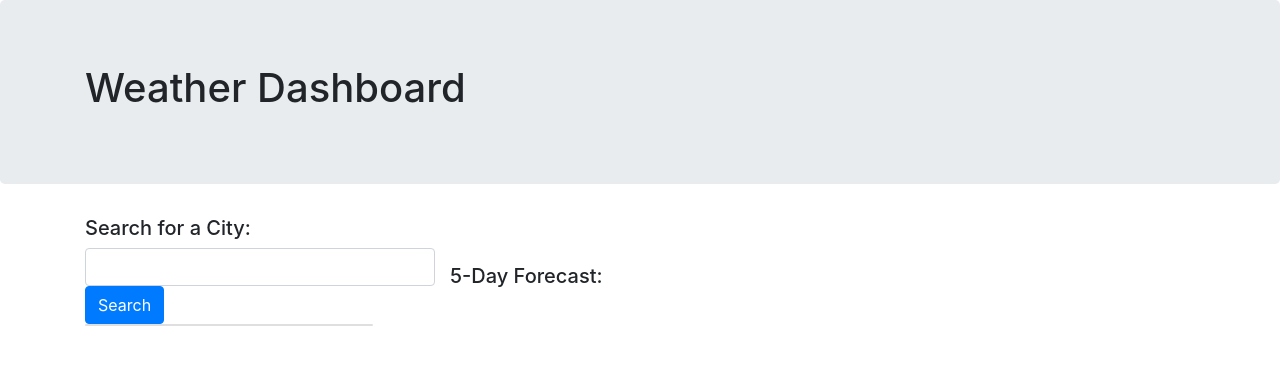
Repository: LaBrewT2/weather-dashboard
Page: index.html
The author's editor kept a copy of each file at every save. The page is drawn from the files as they stood at one save, then again after the next save.
The browser window is 1280 px wide. The pictures show the whole page.
Some web libraries are served in a nearby version.

Above is the page before, as saved 2020-11-26 19:44:19.

### index.html
<!DOCTYPE html>
<html lang="en">

<head>
  <meta charset="UTF-8">
  <meta name="viewport" content="width=device-width, initial-scale=1.0">
  <title>Weather Dashboard</title>

<!-- JQuery library -->
<script src="https://cdnjs.cloudflare.com/ajax/libs/jquery/3.2.1/jquery.min.js"></script>
<script src="https://cdnjs.cloudflare.com/ajax/libs/moment.js/2.24.0/moment.min.js"></script>
<!-- Bootstrap CSS-->
<link rel="stylesheet" href="https://maxcdn.bootstrapcdn.com/bootstrap/4.0.0/css/bootstrap.min.css">
</head>

<body>
<!--Page Header -->
<div class="jumbotron">
  <div class="container">
    <h1>Weather Dashboard </h1>
  </div>
</div>

<!-- Page main container with rows -->
<div id = "maincontainer"class="container">
  <div class="row">

  <div class="col-4" id = "searchBlock">

    <form id="search">
    <h5>Search for a City:</h5>
    <input type="text" class="form-control" id="city" aria-describedby="basic-addon3">
    <input class="btn btn-primary" id="search" type="submit" value="Search">

    <div id="list-group" class="card" style="width: 18rem;"></div>

    </form>

  </div>

  <div>

      <div id="search-results">
        <h5 id="city-name"class="city-name" ></h5>
        <img id="icon">
        <p id="temperature"></p>
        <p id="humidity"></p>
        <p id="wind-speed"></p>
      </div>

      <div id="forecast">
        <h5>5-Day Forecast:</h5>
        <div class="row">
          <section class="col daily" id="day1"></section>
          <section class="col daily" id="day2"></section>
          <section class="col daily" id="day3"></section>
          <section class="col daily" id="day4"></section>
          <section class="col daily" id="day5"></section>
        </div>
      </div>

      </div>
      </div>
      </div>
</body>
<script rel= stylesheet href= /script.js></script>
</html>

After the next save:
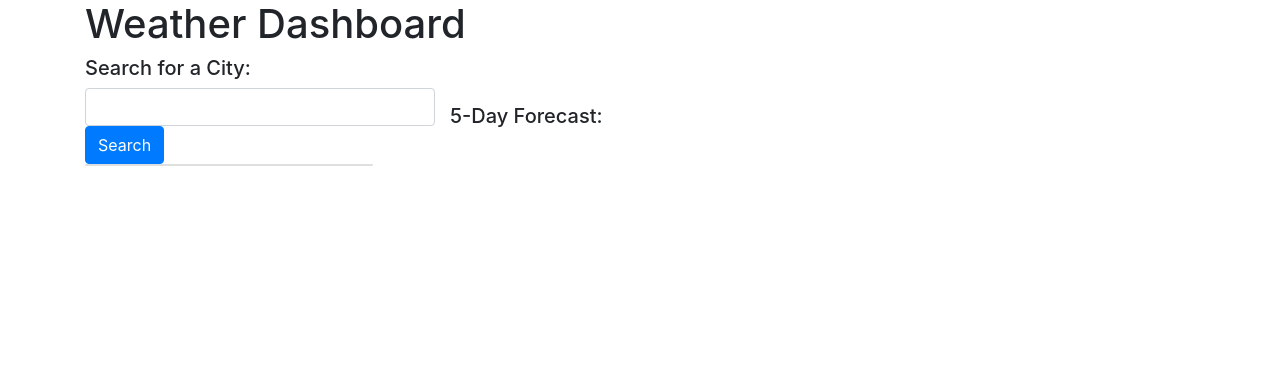
Saved 2 min 54 s later.
--- a/index.html
+++ b/index.html
@@ -15,7 +15,7 @@
 
 <body>
 <!--Page Header -->
-<div class="jumbotron">
+<div class="jumbotron-fluid">
   <div class="container">
     <h1>Weather Dashboard </h1>
   </div>
